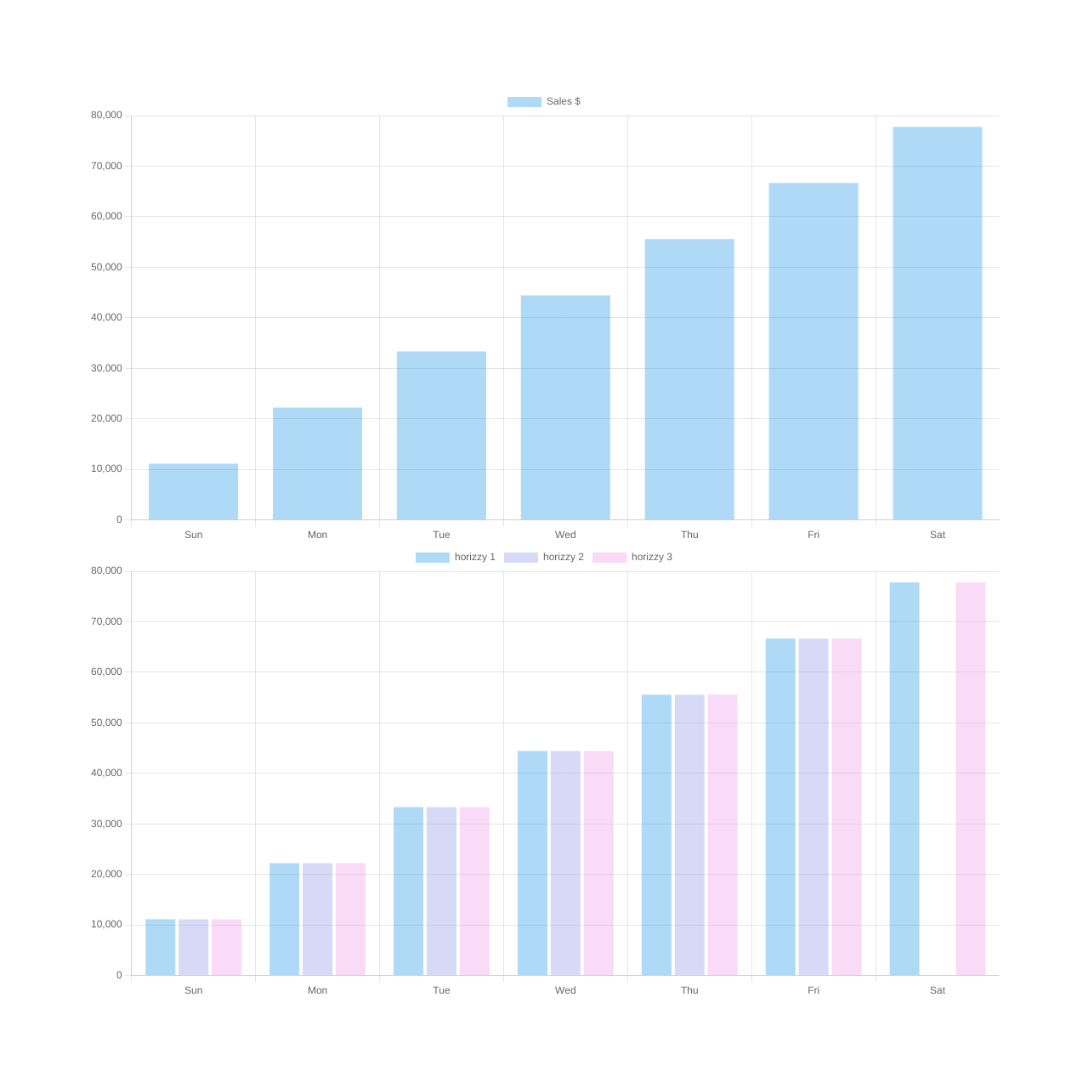
Repository: madelinestruthers/exercise-5
Page: /
The author's editor kept a copy of each file at every save. The page is drawn from the files as they stood at one save, then again after the next save.
The browser window is 1280 px wide. The pictures show the whole page, at 85% of full size.
The project was rebuilt for these pictures with package versions that can differ from the ones it lists, and the page was loaded fresh each time. The framework's server and built-in components were replaced by stand-ins that run in the browser. Also part of the build but not shown: next.config.mjs.

Above is the page before, as saved 2024-04-15 10:27:47.

### pages/index.js
import VerticalChart from "@/components/VerticalChart";
import styles from "@/styles/Home.module.css";
import HorizontalChart from "@/components/HorizontalChart";

export default function Home() {
  return (
    <>

      <main className={`${styles.main} `}>
       <VerticalChart/>
       <HorizontalChart/>
      </main>
    </>
  );
}

### components/VerticalChart/index.js
import styles from './VerticalChart.module.css'
import { Bar } from 'react-chartjs-2'

import {
    Chart as ChartJS,
    CategoryScale,
    LinearScale,
    BarElement,
    Title,
    Tooltip,
    Legend
} from 'chart.js'
import { useEffect, useState } from 'react'

ChartJS.register(
    CategoryScale,
    LinearScale,
    BarElement,
    Title,
    Tooltip,
    Legend
)

export default function VerticalChart(){
    const [chartData, setChartData] = useState({
        datasets: []
    })
    const [chartOptions, setChartOptions] = useState({});

    useEffect(() => {
        setChartData({
            labels: ["Sun", "Mon", "Tue", "Wed", "Thu", "Fri", "Sat"],
            datasets: [
                {
                    label: 'Sales $',
                    data: [11111,22222,33333,44444,55555,66666, 77777],
                    borderColor: 'rgb(53,162,235)',
                    backgroundColor: 'rgba(53, 162, 235, 0.4)'
                }
            ]
        })

        setChartOptions({
            plugins: {
                legend: {
                    position: 'top'
                },
                title: {
                    display: true,
                    text: "Daily Revenue"
                }
            },
            maintainAspectRatio: false,
            responsive: true
        })
    }, [])

    return(
        <>
        <Bar data={chartData} option={chartOptions} style={{width:"500px", height: "300px"}}/>
        </>
    )
}

### components/HorizontalChart/index.js
import styles from './HorizontalChart.module.css'
import { Bar } from 'react-chartjs-2'

import {
    Chart as ChartJS,
    CategoryScale,
    LinearScale,
    BarElement,
    Title,
    Tooltip,
    Legend
} from 'chart.js'
import { useEffect, useState } from 'react'

ChartJS.register(
    CategoryScale,
    LinearScale,
    BarElement,
    Title,
    Tooltip,
    Legend
)

export default function HorizontalChart(){
    const [chartData, setChartData] = useState({
        datasets: []
    })
    const [chartOptions, setChartOptions] = useState({});

    useEffect(() => {
        setChartData({
            labels: ["Sun", "Mon", "Tue", "Wed", "Thu", "Fri", "Sat"],
            datasets: [
                {
                    label: 'horizzy 1',
                    data: [11111,22222,33333,44444,55555,66666, 77777],
                    borderColor: 'rgb(53,162,235)',
                    backgroundColor: 'rgba(53, 162, 235, 0.4)'
                },
                {
                    label: 'horizzy 2',
                    data: [11111,22222,33333,44444,55555,66666, ],
                    borderColor: 'rgb(53,162,235)',
                    backgroundColor: 'rgba(153, 162, 235, 0.4)'
                },
                {
                    label: 'horizzy 3',
                    data: [11111,22222,33333,44444,55555,66666, 77777],
                    borderColor: 'rgb(53,162,235)',
                    backgroundColor: 'rgba(240, 162, 235, 0.4)'
                }
            ]
        })

        setChartOptions({
            indexAxis: 'y',
            plugins: {
                legend: {
                    position: 'top'
                },
                title: {
                    display: true,
                    text: "Daily Revenue"
                }
            },
            maintainAspectRatio: true,
            responsive: true
        })
    }, [])

    return(
        <>
        <Bar data={chartData} option={chartOptions} style={{width:"500px", height: "300px"}}/>
        </>
    )
}

Loaded but not shown: pages/_app.js (common file); pages/_document.js (common file); styles/globals.css (common file); styles/Home.module.css (common file); components/HorizontalChart/HorizontalChart.module.css (no stored copy; drawn as an empty file); components/VerticalChart/VerticalChart.module.css (no stored copy; drawn as an empty file)

After the next save:
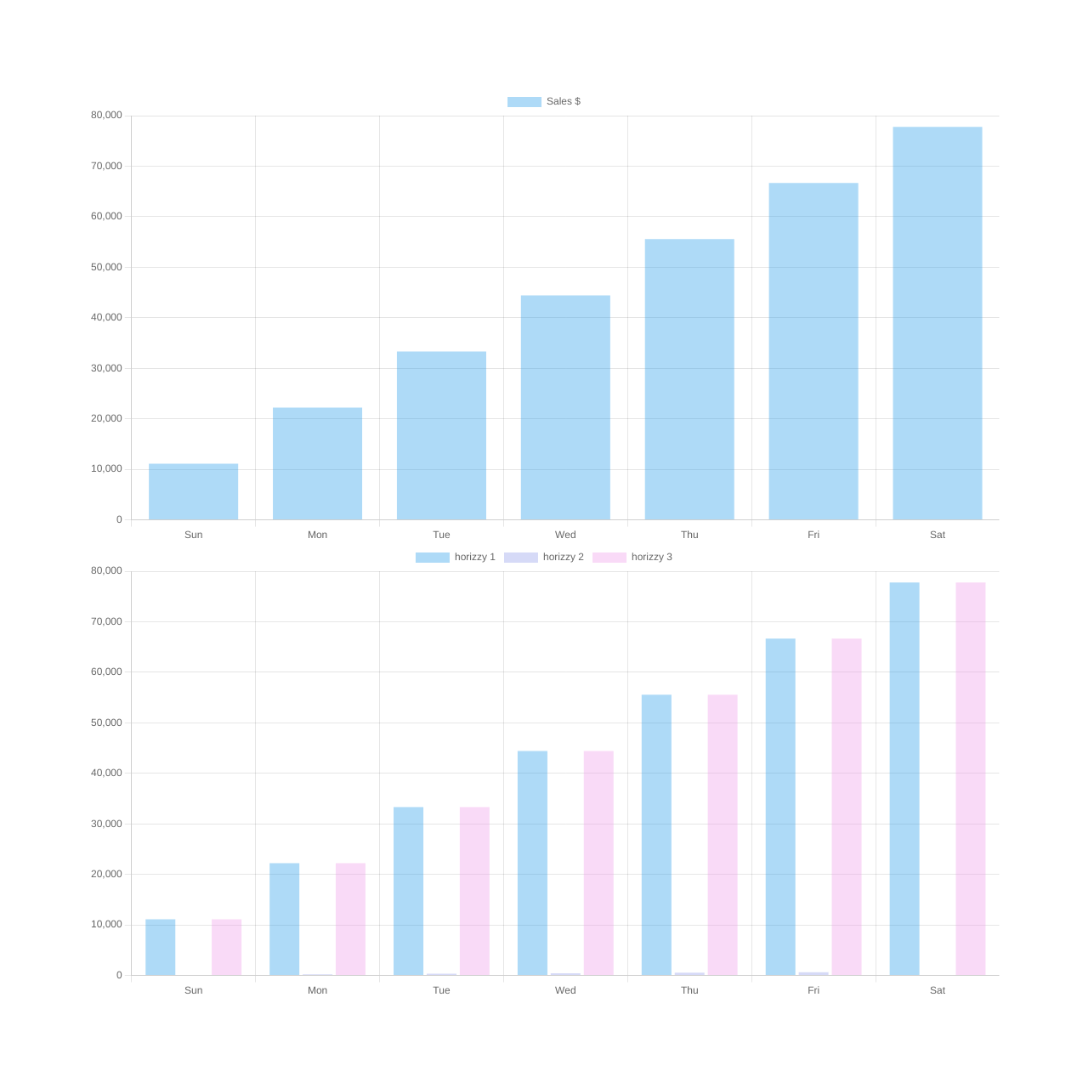
Saved 47 s later.
--- a/components/HorizontalChart/index.js
+++ b/components/HorizontalChart/index.js
@@ -39,7 +39,7 @@ export default function HorizontalChart(){
                 },
                 {
                     label: 'horizzy 2',
-                    data: [11111,22222,33333,44444,55555,66666, ],
+                    data: [111,222,333,444,555,666, ],
                     borderColor: 'rgb(53,162,235)',
                     backgroundColor: 'rgba(153, 162, 235, 0.4)'
                 },
